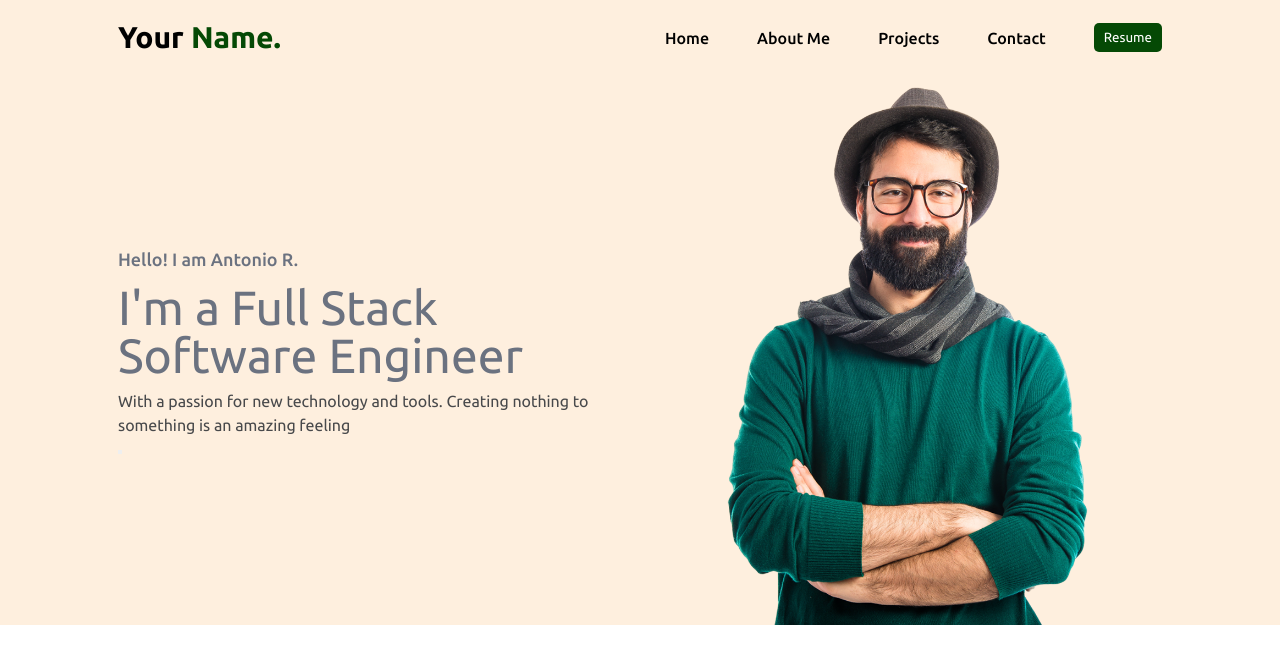
Repository: DevAntonioRogers/vanilla-portfolio
Page: index.html
These files come from the project's save history. The page is drawn as it stood at one moment and after the next save; the edit follows.
The browser window is 1280 px wide. The pictures show the whole page.

Above is the page before, as saved 2023-07-14 22:18:06.

After the next save:
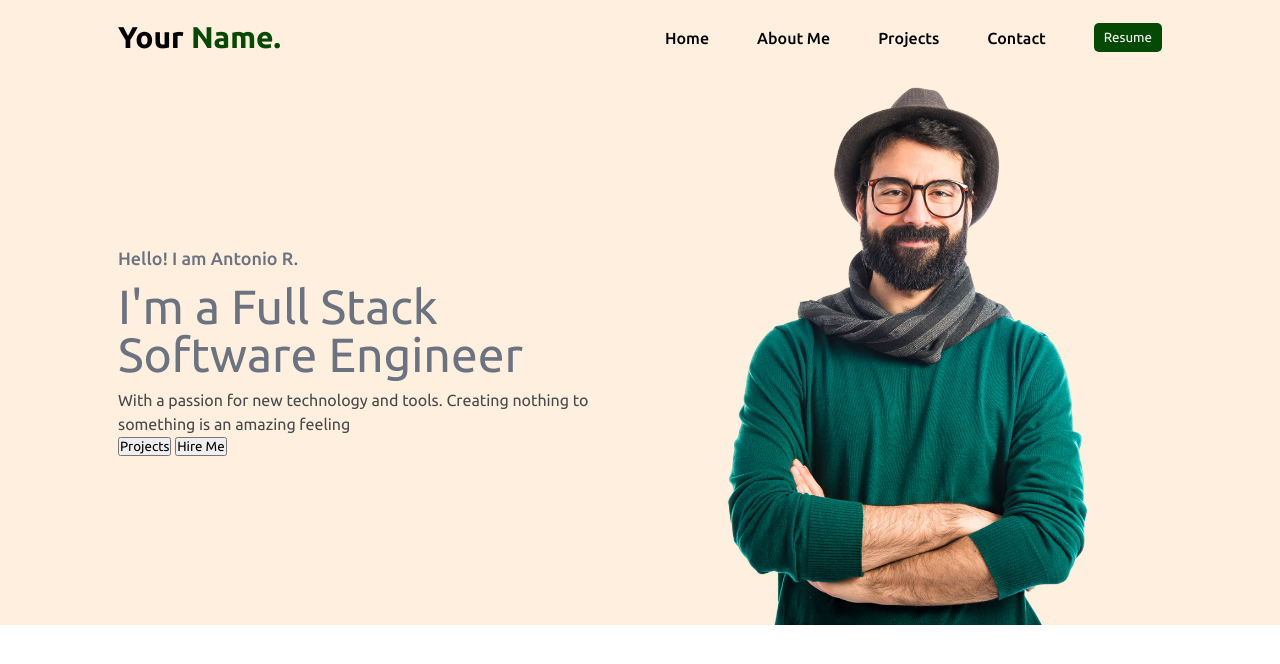
Saved 17 s later.
--- a/index.html
+++ b/index.html
@@ -42,7 +42,8 @@
           <p>With a passion for new technology and tools. Creating nothing to something is an amazing feeling</p>
 
           <div class="hero-btn-container">
-            <button></button>
+            <button>Projects</button>
+            <button>Hire Me</button>
           </div>
         </div>
 
